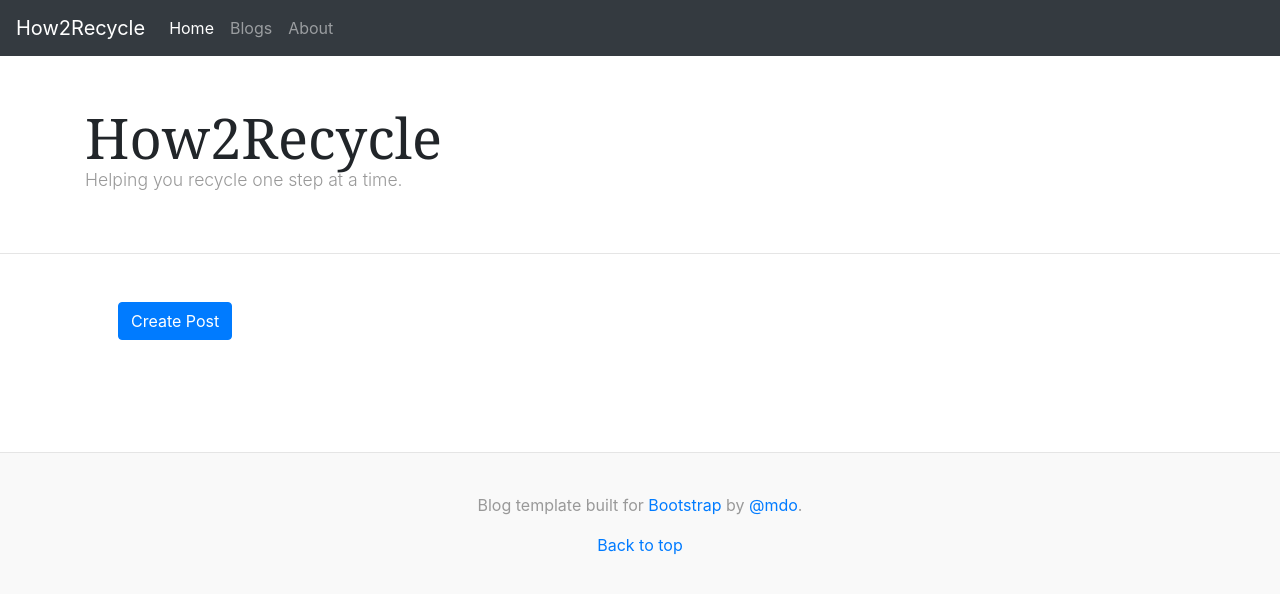
Repository: AshokSasi/CopyNPasta-Recycle-App
Page: http://localhost/posts/index
These files come from the project's save history. The page is drawn as it stood at one moment and after a run of saves; the edit follows.
The browser window is 1280 px wide. The pictures show the whole page.
The page is served by the project's Laravel application, run on PHP 8.4 with Laravel 8. Queries for data that is not in the repository find no rows.

Above is the page before, as saved 2021-09-25 15:17:56.

After the next 2 saves:
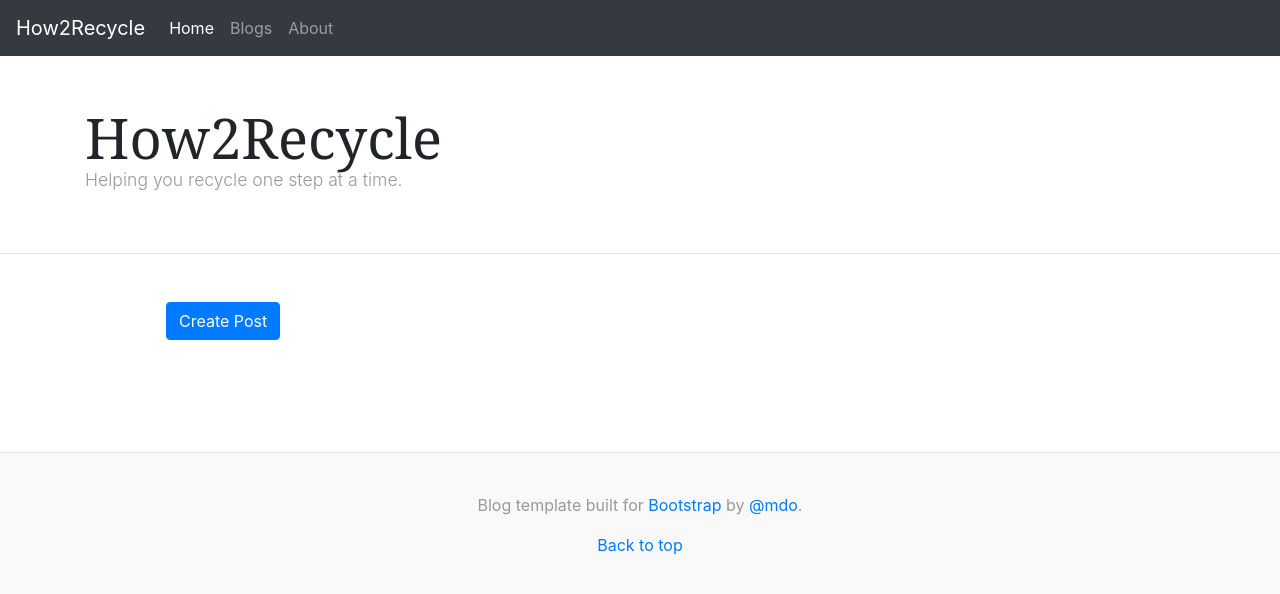
The 2 saves are shown as one change because they came seconds apart.
The last was saved 18 s later.
--- a/resources/views/posts/index.blade.php
+++ b/resources/views/posts/index.blade.php
@@ -6,7 +6,7 @@
 
         <div class="col-md-8 blog-main">
 
-          <div class="mb-3">
+          <div class="mb-3 ml-5">
             <form action="/posts/create">
               <button type="submit" class="btn btn-primary" >Create Post</button>
             </form>

After the 2 saves that followed:
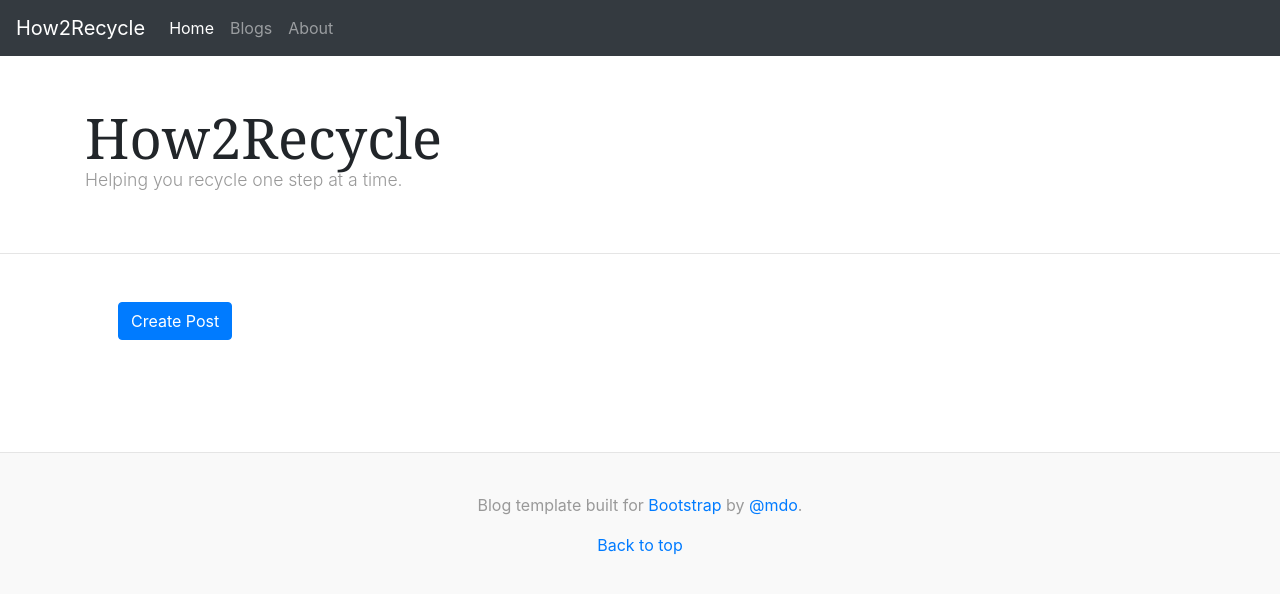
The 2 saves are shown as one change because 1 left the picture as it was.
The last was saved 14 s later.
--- a/resources/views/posts/index.blade.php
+++ b/resources/views/posts/index.blade.php
@@ -6,7 +6,7 @@
 
         <div class="col-md-8 blog-main">
 
-          <div class="mb-3 ml-5">
+          <div class="mb-3">
             <form action="/posts/create">
               <button type="submit" class="btn btn-primary" >Create Post</button>
             </form>
